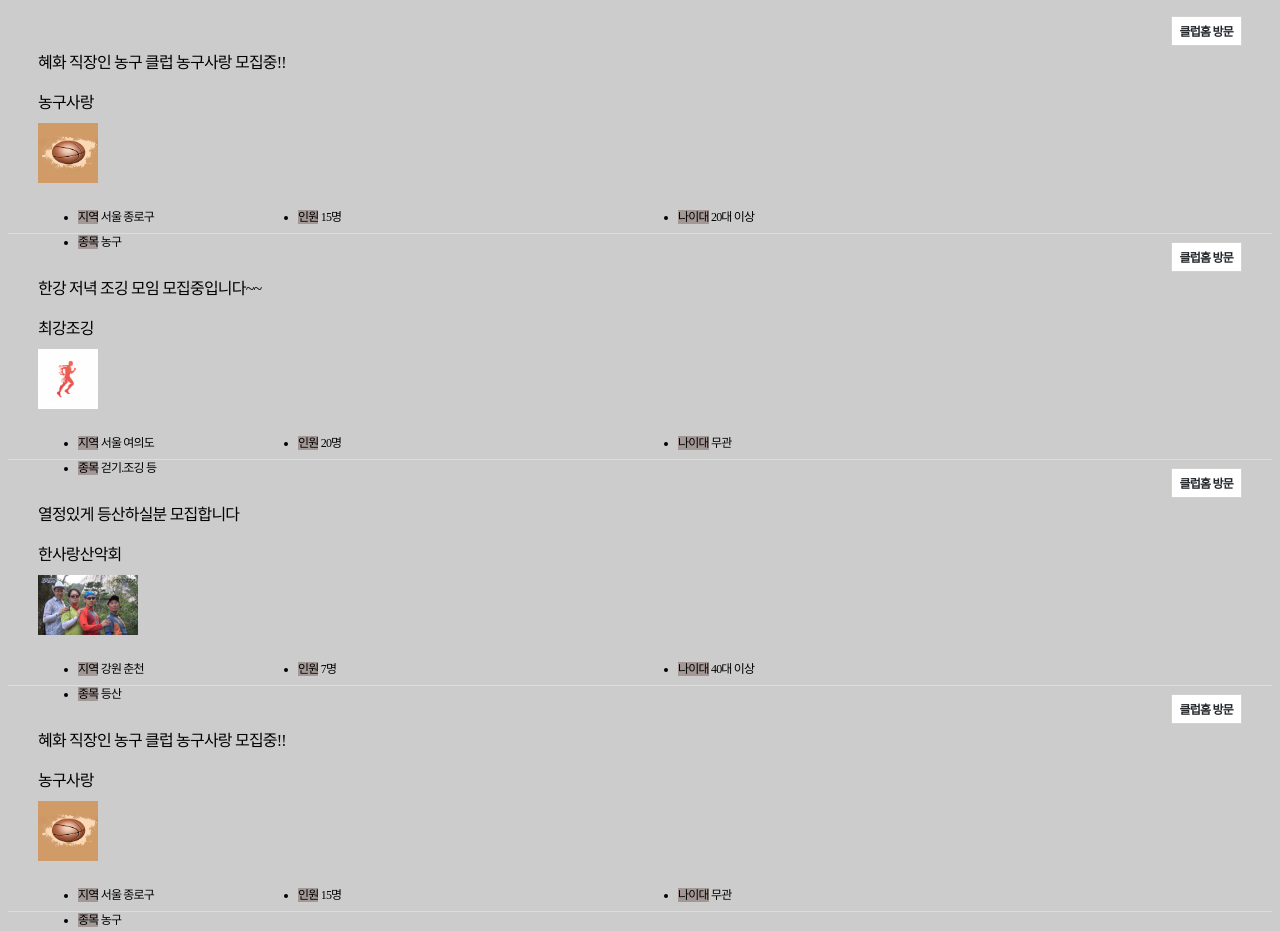
Repository: jaemin333/study
Page: club.html
An editor plug-in stored every save of this project. The page is shown before and after the next save, followed by the edit.
The browser window is 1280 px wide. The pictures show the whole page.

Above is the page before, as saved 2021-07-02 02:30:20.

### club.html
<!DOCTYPE html>
<html lang="ko">
<head>
    <meta charset="UTF-8">
    <meta http-equiv="X-UA-Compatible" content="IE=edge">
    <meta name="viewport" content="width=device-width, initial-scale=1.0">
    <link rel ="stylesheet" type = "text/css" href = "style.css">
    <title>club</title>
</head>
<body>
    <div class = "clubList">
    <div class = "clubBox">
        <p class = "clubTip">
            <a>혜화 직장인 농구 클럽 농구사랑 모집중!!</a>
        </p>
    <div class ="cbClubName">
        <a>농구사랑</a>
        <a class ="iButton">클럽홈 방문</a>
    </div>

    <div class ="cbInfo">
        <div class="cbMark">
            <span class="clubmark">
                <img src = "bask.png" width="60" height="60">
        </div>
    <ul>
        <li>
            <span class = "info dark">지역</span>
             서울 종로구
        </li>
        <li style = "width:380px;">
            <span class = "info dark">인원</span>
             15명
        </li>
        <li style = "width:380px;">
            <span class = "info dark">나이대</span>
             20대 이상
        </li>
        <li style = "width:380px;">
            <span class = "info dark">종목</span>
             농구
        </li>
    </ul>
    </div>
    </div>
    </div>

    <div class = "clubList">
        <div class = "clubBox">
            <p class = "clubTip">
                <a>한강 저녁 조깅 모임 모집중입니다~~</a>
            </p>
        <div class ="cbClubName">
            <a>최강조깅</a>
            <a class ="iButton">클럽홈 방문</a>
        </div>

        <div class ="cbInfo">
            <div class="cbMark">
                <span class="clubmark">
                    <img src = "run.jpg" width="60" height="60">
            </div>
        <ul>
            <li>
                <span class = "info dark">지역</span>
                 서울 여의도
            </li>
            <li style = "width:380px;">
                <span class = "info dark">인원</span>
                 20명
            </li>
            <li style = "width:380px;">
                <span class = "info dark">나이대</span>
                 무관
            </li>
            <li style = "width:380px;">
                <span class = "info dark">종목</span>
                 걷기.조깅 등
            </li>
        </ul>
        </div>
        </div>
        </div>

        <div class = "clubList">
            <div class = "clubBox">
                <p class = "clubTip">
                    <a>열정있게 등산하실분 모집합니다</a>
                </p>
            <div class ="cbClubName">
                <a>한사랑산악회</a>
                <a class ="iButton">클럽홈 방문</a>
            </div>

            <div class ="cbInfo">
                <div class="cbMark">
                    <span class="clubmark">
                        <img src = "hike.png" width="100" height="60">
                </div>
            <ul>
                <li>
                    <span class = "info dark">지역</span>
                     강원 춘천
                </li>
                <li style = "width:380px;">
                    <span class = "info dark">인원</span>
                     7명
                </li>
                <li style = "width:380px;">
                    <span class = "info dark">나이대</span>
                     40대 이상
                </li>
                <li style = "width:380px;">
                    <span class = "info dark">종목</span>
                     등산
                </li>
            </ul>
            </div>
            </div>
            </div>


            <div class = "clubList">
                <div class = "clubBox">
                    <p class = "clubTip">
                        <a>혜화 직장인 농구 클럽 농구사랑 모집중!!</a>
                    </p>
                <div class ="cbClubName">
                    <a>농구사랑</a>
                    <a class ="iButton">클럽홈 방문</a>
                </div>

                <div class ="cbInfo">
                    <div class="cbMark">
                        <span class="clubmark">
                            <img src = "bask.png" width="60" height="60">
                    </div>
                <ul>
                    <li>
                        <span class = "info dark">지역</span>
                         서울 종로구
                    </li>
                    <li style = "width:380px;">
                        <span class = "info dark">인원</span>
                         15명
                    </li>
                    <li style = "width:380px;">
                        <span class = "info dark">나이대</span>
                         무관
                    </li>
                    <li style = "width:380px;">
                        <span class = "info dark">종목</span>
                         농구
                    </li>
                </ul>
                </div>
                </div>
                </div>








</body>
</html>

### style.css
div {
    display:block;
}



body {
    background-color: #ccc;
    word-break: break-all;
    -ms-word-break: break-all;
    letter-spacing: -0.050em;
}


.clubBox{
    position: relative;
    padding: 25px 30px 30px 30px;
    border-bottom: 1px solid #dddddd;
}


ul{
    display: block;
    margin-block-start: 1em;
    margin-block-end: 1em;
    margin-inline-start: 0px;
    margin-inline-end: 0px;
    padding-inline-start: 40px;
}

.clubBox li .info.dark{
    background-color: #a39895;
}

.iButton {
    display: inline-block;
    height: 18px;
    padding: 5px 8px;
    font-size: 12px;
    font-weight: bold;
    color: #24272c;
    text-align: center;
    background-color: white;
    border: 1px solid #d4d1d1;
}

.clubBox .iButton {
    position: absolute;
    top: 8px;
    right: 30px;
}

li {
    display: list-item;
    text-align: -webkit-match-parent;
}

.clubBox .cbInfo li {
    float: left;
    width: 220px;
    margin: 4px 0 3px 0;
    font-size: 12px;
    color: black;
}

.cbClubName {
    padding-bottom: 10px;
}

After the next save:
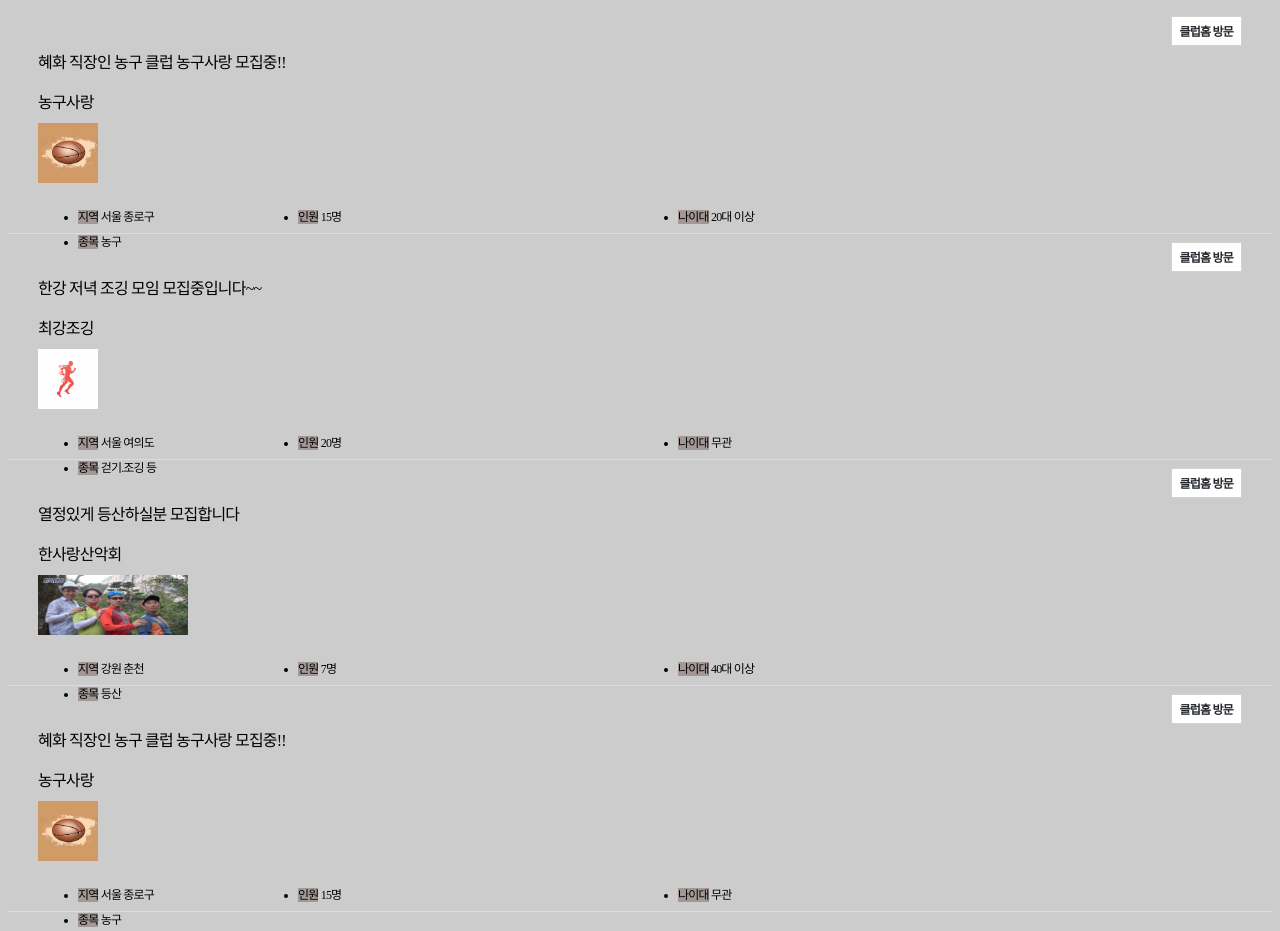
Saved 10 s later.
--- a/club.html
+++ b/club.html
@@ -95,7 +95,7 @@
             <div class ="cbInfo">
                 <div class="cbMark">
                     <span class="clubmark">
-                        <img src = "hike.png" width="100" height="60">
+                        <img src = "hike.png" width="150" height="60">
                 </div>
             <ul>
                 <li>
